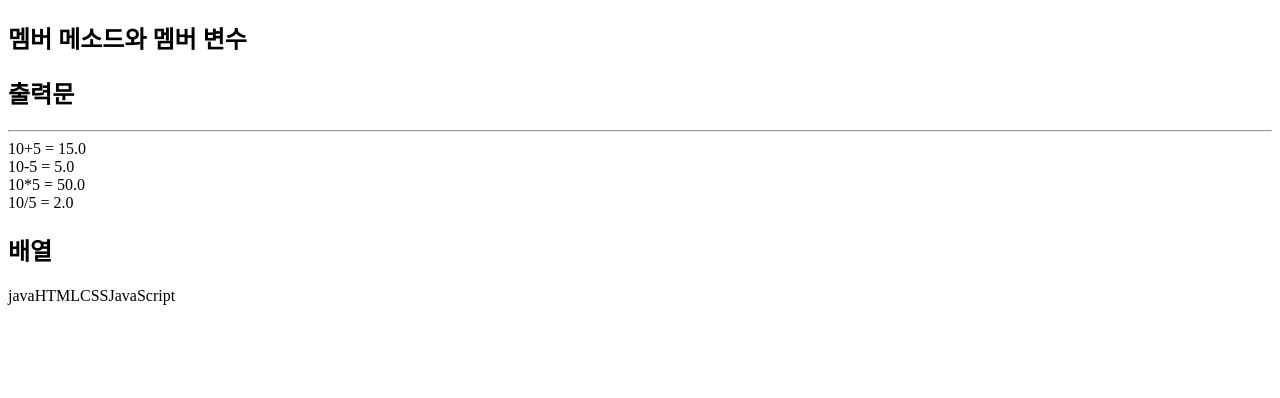
Repository: junirang330/Jsp2026
Page: http://localhost/chapter01/test04.jsp
An editor plug-in stored every save of this project. The page is shown before and after the next save, followed by the edit.
The browser window is 1280 px wide. The pictures show the whole page.
The page is served by Tomcat 9.

Above is the page before, as saved 2026-10-16 03:11:43.

### chapter01/src/main/webapp/test04.jsp
<%@ page language="java" contentType="text/html; charset=UTF-8"
    pageEncoding="UTF-8" import = "java.util.*" %>
<!DOCTYPE html>
<html>
<head>
<meta charset="UTF-8">
<title>테스트04</title>
</head>
<body>
	<!-- 선언문 작성하는 방법 -->
	<!-- 선언문을 통해 작성한 메소드, 변수는 멤버메소드, 멤버변수가 된다. -->
	<%! public void inCremment(){}; %>
	<!-- 아래 선언문은 전역변수 또는 멤버변수 이다. -->
	<%! int i = 0; %>
	<!-- 아래 스크립트릿은 지역변수가 된다. -->
	<% int i = 0; %>

	<h2>멤버 메소드와 멤버 변수</h2>
	<%!
		String str = "선언 예제";
		/* 연산자 처리 메소드 생성 */
		public double cal(double num1, double num2, String op){
			double result = 0.0;
			if(op.equals("+")){
				result = num1 + num2;
			}else if(op.equals("-")){
				result = num1 - num2;
			}else if(op.equals("*")){
				result = num1 * num2;
			}else if(op.equals("/")){
				result = num1 / num2;
			}
			return result;
		}
	%>
	<h2>출력문</h2>
	<hr/>
	10+5 = <%= cal(10, 5, "+") %><br/>
	10-5 = <%= cal(10, 5, "-") %><br/>
	10*5 = <%= cal(10, 5, "*") %><br/>
	10/5 = <%= cal(10, 5, "/") %><br/>

	<!-- 배열 -->
	<h2>배열</h2>
	<%
		String arr[] = {"java", "HTML", "CSS", "JavaScript"};
		for(int j = 0; j<arr.length; j++){
			/* 표현식 스크립트문법을 사용하지 않고, 브라우저로 출력하는 방법 */
			out.print(arr[j]);
		}
	%>
</body>
</html>

After the next save:
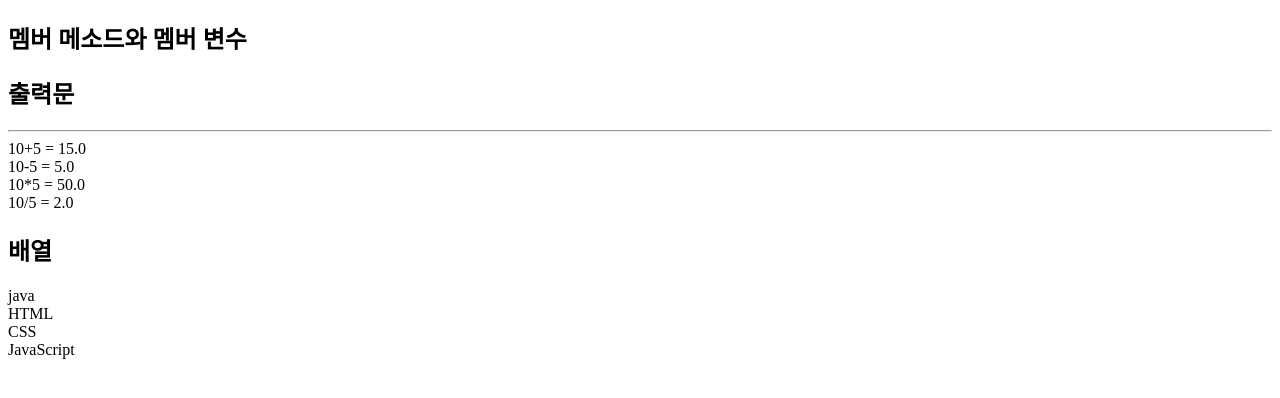
Saved 9 s later.
--- a/chapter01/src/main/webapp/test04.jsp
+++ b/chapter01/src/main/webapp/test04.jsp
@@ -46,7 +46,7 @@
 		String arr[] = {"java", "HTML", "CSS", "JavaScript"};
 		for(int j = 0; j<arr.length; j++){
 			/* 표현식 스크립트문법을 사용하지 않고, 브라우저로 출력하는 방법 */
-			out.print(arr[j]);
+			out.print(arr[j] + "<br/>");
 		}
 	%>
 </body>
